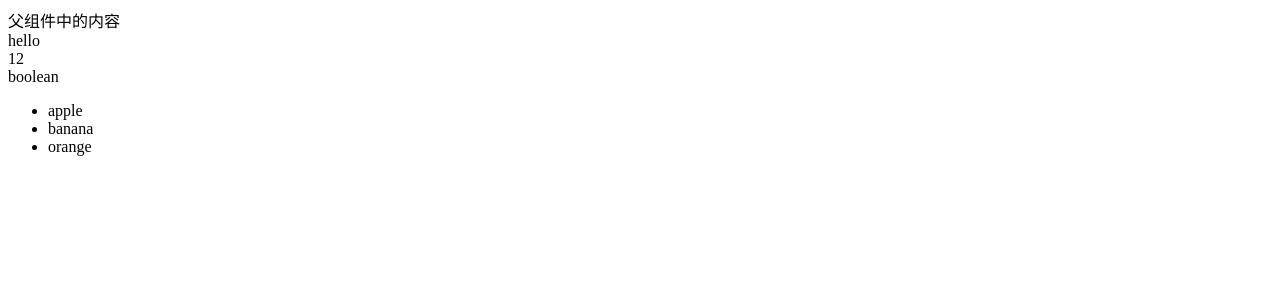
Repository: R1Deemo/Vue
Page: 05.html
The author's editor kept a copy of each file at every save. The page is drawn from the files as they stood at one save, then again after the next save.
The browser window is 1280 px wide. The pictures show the whole page.

Above is the page before, as saved 2022-11-14 09:25:42.

After the next save:
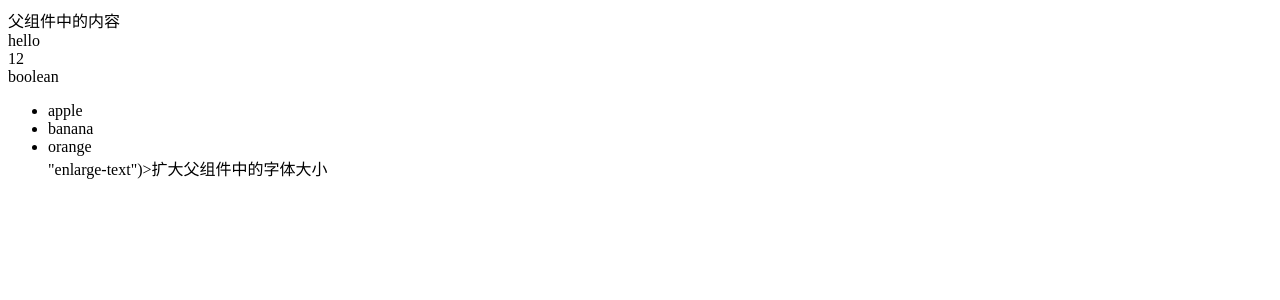
Saved 2 min 1 s later.
--- a/05.html
+++ b/05.html
@@ -28,6 +28,7 @@
             <div>{{typeof pboo}}</div>
             <ul>
                 <li :key='index'v-for='(item,index) in parr'>{{item}}</li>
+                <button @click=$emit("enlarge-text")>扩大父组件中的字体大小</button>
             </ul>
             </div>
 
